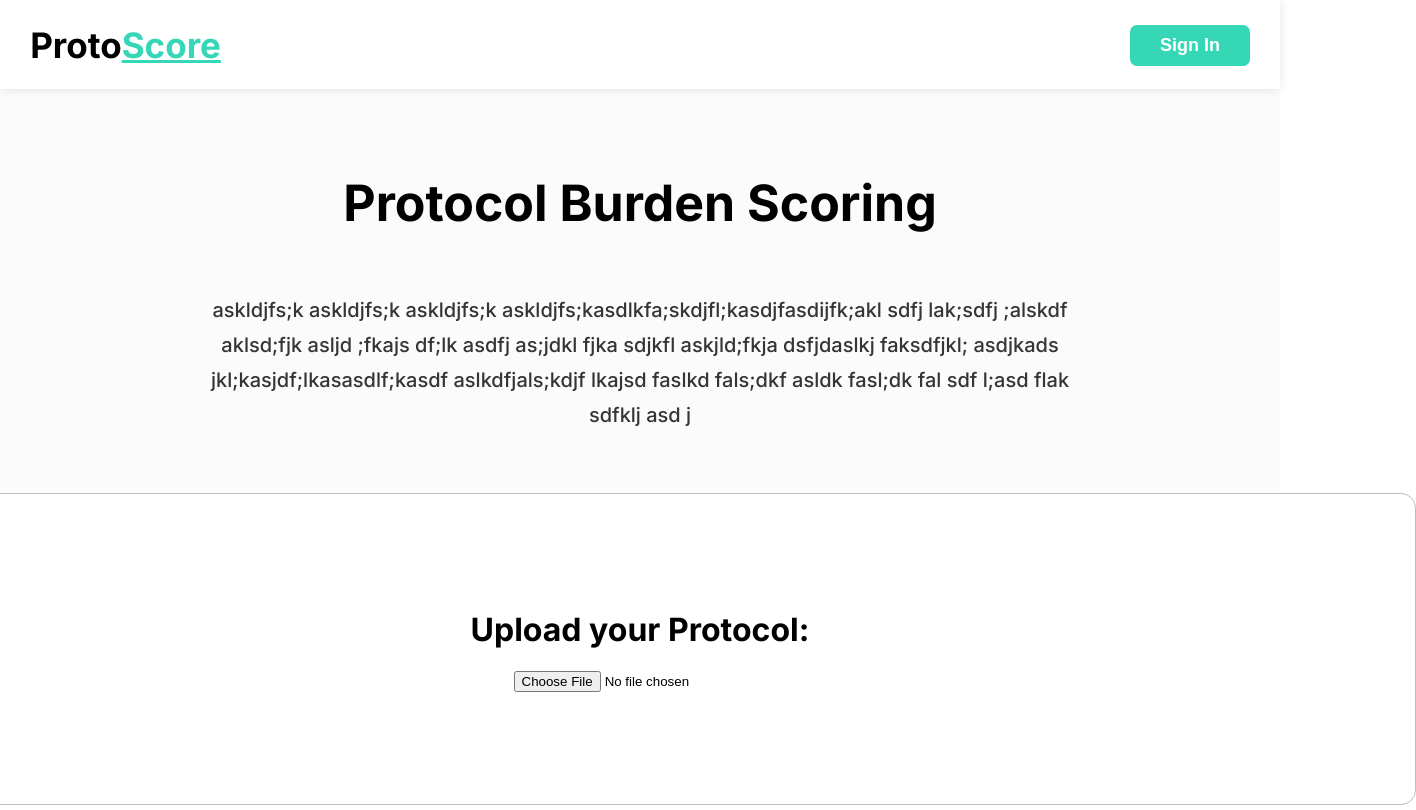
Repository: evanc108/Regeneron2024
Page: / (app in regeneron/)
The author's editor kept a copy of each file at every save. The page is drawn from the files as they stood at one save, then again after the next save.
The browser window is 1280 px wide. The page is 1416 px wide, so the pictures cover 1416 px, including what lies to the right of the window. The pictures show the whole page.
The pointer rests on the first visible `.upload-file`.
The project was rebuilt for these pictures with package versions that can differ from the ones it lists, and the page was loaded fresh each time.

Above is the page before, as saved 2024-05-14 02:54:50.

After the next save:
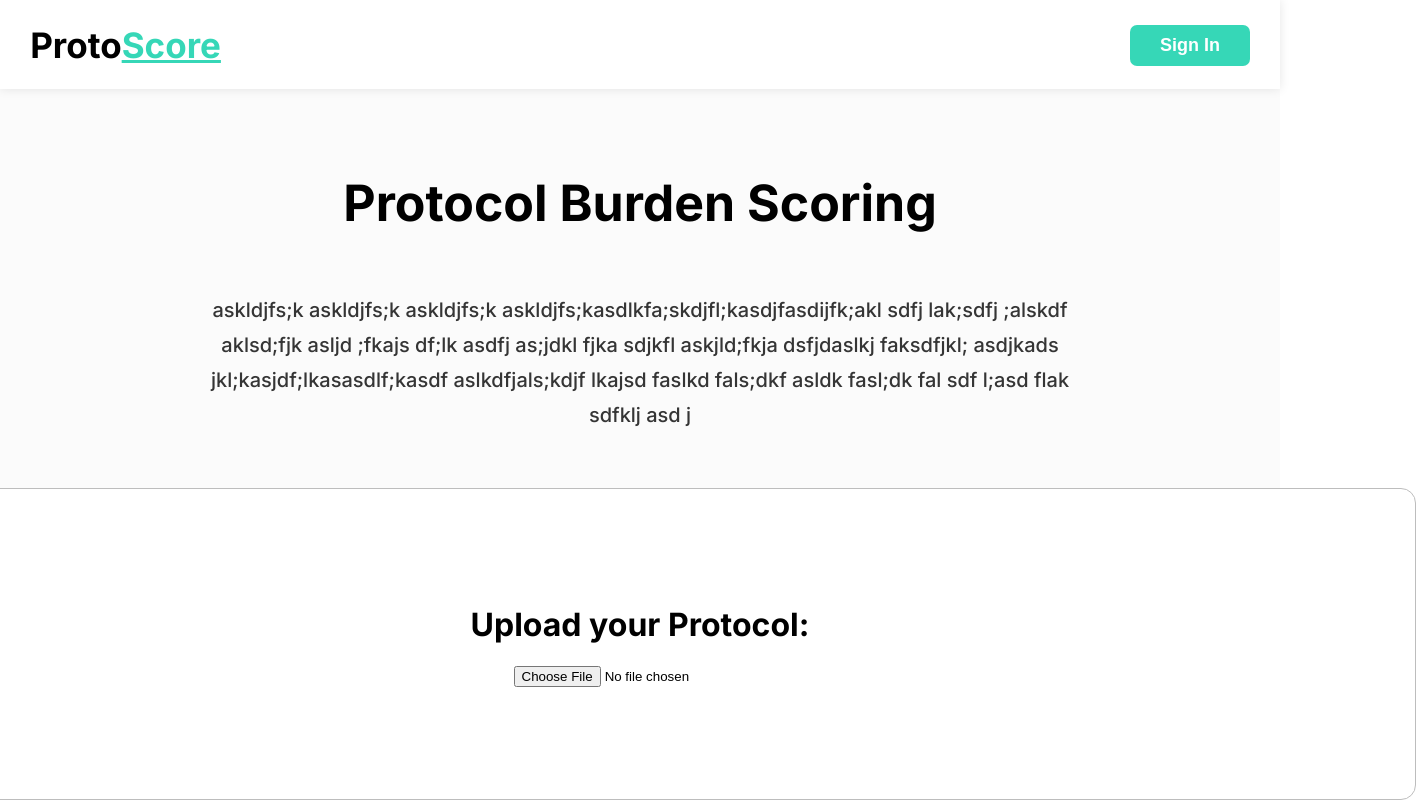
Saved 17 s later.
--- a/regeneron/src/styles/feedback.css
+++ b/regeneron/src/styles/feedback.css
@@ -34,7 +34,7 @@
 }
 
 .upload-file:hover {
-    transform: translateY(-5px);
+    transform: translateY(-10px);
 }
 
 .protocol-container {
